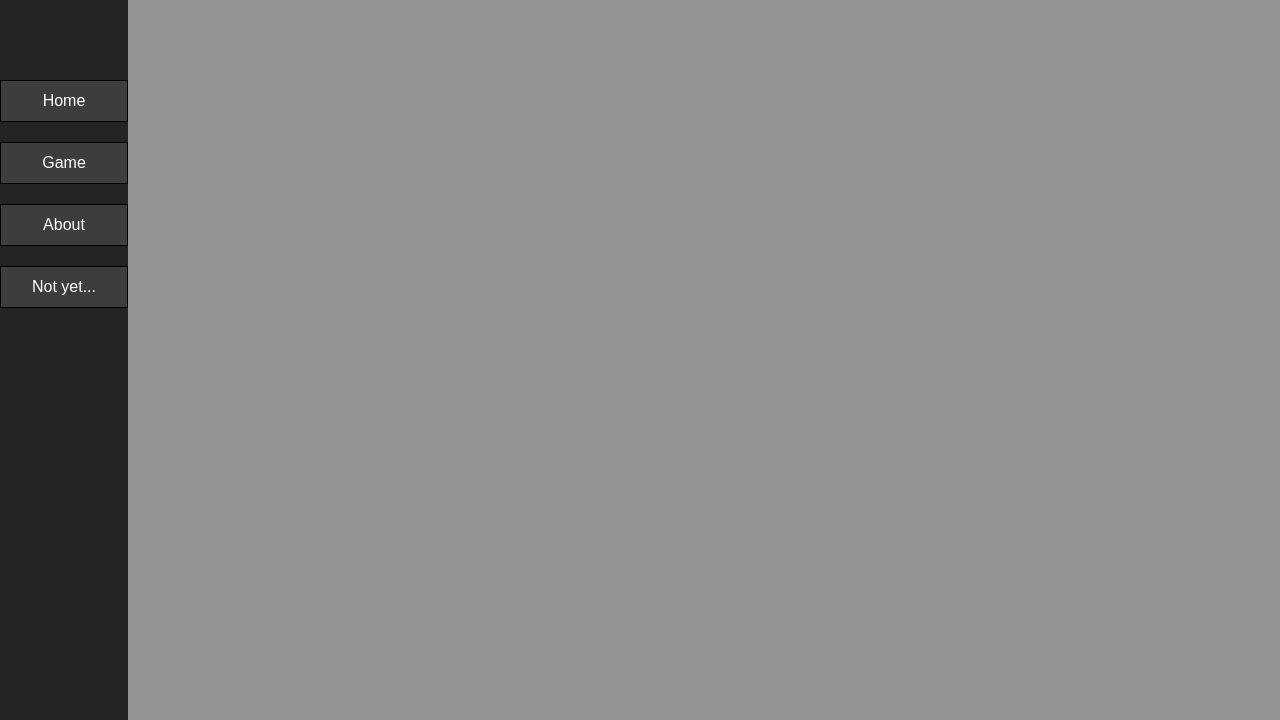
Repository: LaukiniXs/astronomia
Page: index.html
These files come from the project's save history. The page is drawn as it stood at one moment and after the next save; the edit follows.
The browser window is 1280 px wide. The pictures show the whole page.

Above is the page before, as saved 2020-05-18 14:52:18.

After the next save:
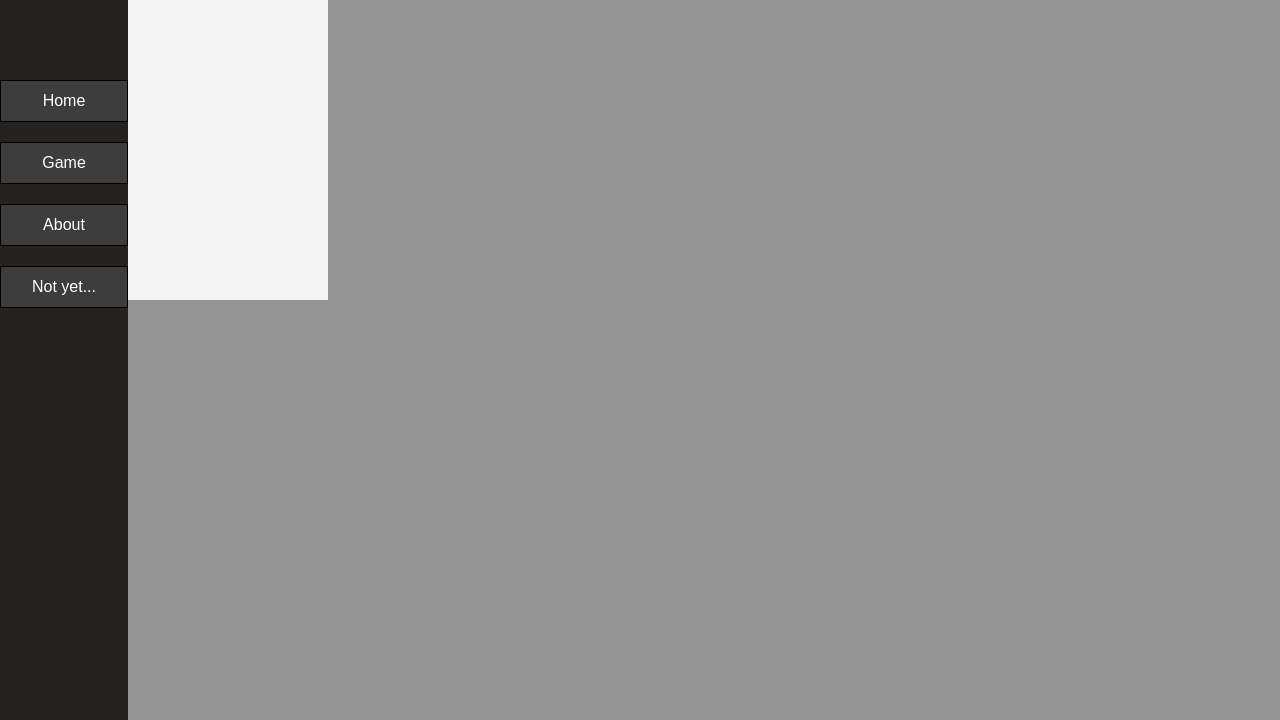
Saved 16 s later.
--- a/style.css
+++ b/style.css
@@ -129,4 +129,5 @@ body{
   height: 300px;
   width: 200px;
   word-wrap: break-word;
+  background-color: whitesmoke;
 }
